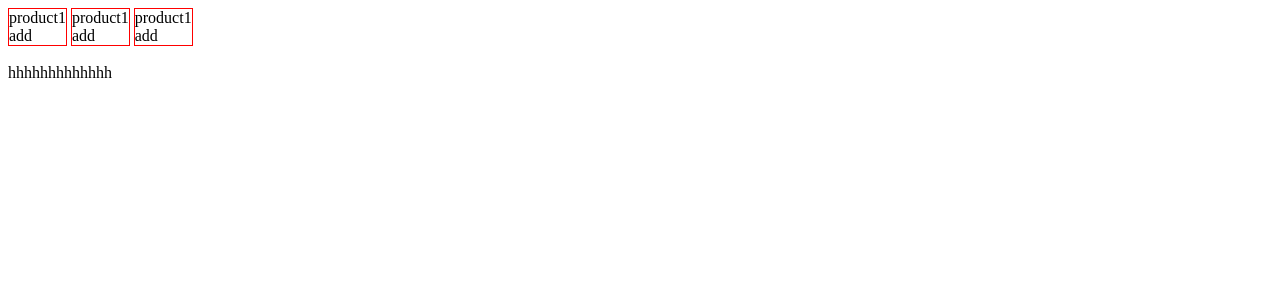
Repository: quynh232000/javascript-basic
Page: Lab5/demo.html
The author's editor kept a copy of each file at every save. The page is drawn from the files as they stood at one save, then again after the next save.
The browser window is 1280 px wide. The pictures show the whole page.

Above is the page before, as saved 2023-07-27 21:32:17.

After the next save:
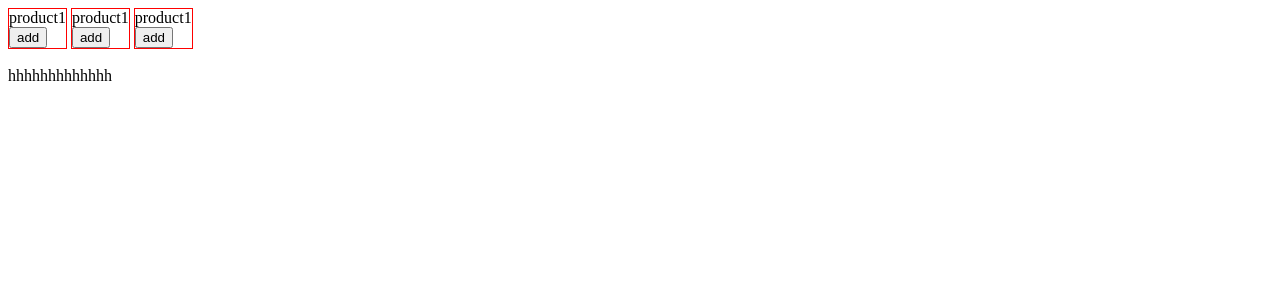
Saved 9 s later.
--- a/Lab5/demo.html
+++ b/Lab5/demo.html
@@ -10,19 +10,19 @@
       <div class="item" style="border: 1px solid red; display: inline-block">
         product1
         <div>
-          <span><span class="btn">add</span></span>
+          <span><button class="btn">add</button></span>
         </div>
       </div>
       <div class="item" style="border: 1px solid red; display: inline-block">
         product1
         <div>
-          <span><span class="btn">add</span></span>
+          <span><button class="btn">add</button></span>
         </div>
       </div>
       <div class="item" style="border: 1px solid red; display: inline-block">
         product1
         <div>
-          <span><span class="btn">add</span></span>
+          <span><button class="btn">add</button></span>
         </div>
       </div>
     </div>
